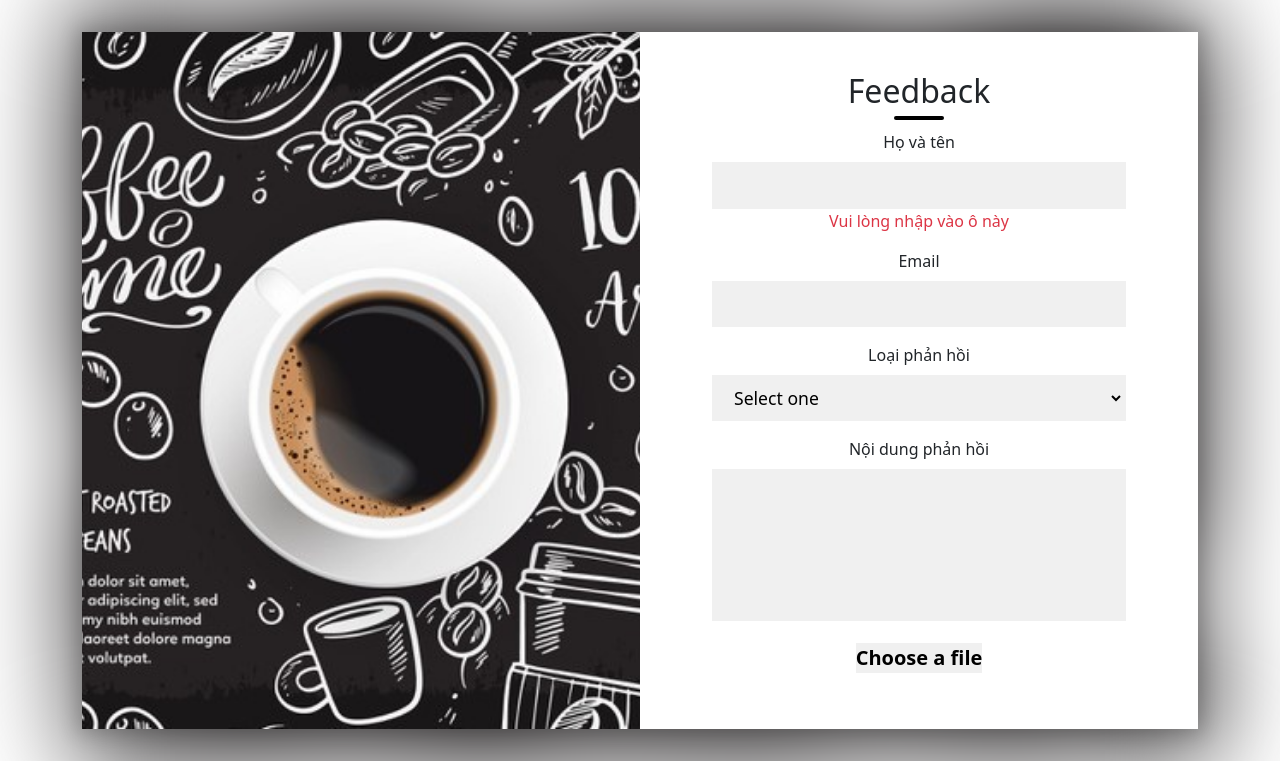
Repository: LeDongGyC/html-css
Page: HTML CSS/prototype/index.html
An editor plug-in stored every save of this project. The page is shown before and after a run of saves, followed by the edit.
The browser window is 1280 px wide. The pictures show the whole page.
The style sheet was rebuilt from its Sass, Less or Tailwind sources for each picture, by a compiler version that may differ from the author's.

Above is the page before, as saved 2023-05-24 10:33:07.

### HTML CSS/prototype/index.html
<!doctype html>
<html lang="en">

<head>
  <title>Title</title>
  <!-- Required meta tags -->
  <meta charset="utf-8">
  <meta name="viewport" content="width=device-width, initial-scale=1, shrink-to-fit=no">
  <link rel="stylesheet" href="style.css">
  <link rel="stylesheet" href="reset.css">
  <!-- <script src="index.js"></script> Bootstrap CSS v5.2.1 -->
  <script>
    var inputs = document.querySelectorAll('.inputfile');
    Array.prototype.forEach.call(inputs, function (input) {
      var label = input.nextElementSibling,
        labelVal = label.innerHTML;
      input.addEventListener('change', function (e) {
        var fileName = '';
        if (this.files && this.files.length > 1)
          fileName = (this.getAttribute('data-multiple-caption') || '').replace('{count}', this.files.length);
        else
          fileName = e.target.value.split('\\').pop();

        if (fileName)
          label.querySelector('span').innerHTML = fileName;
        else
          label.innerHTML = labelVal;
      });
    });
  </script>
  <link href="https://cdn.jsdelivr.net/npm/bootstrap@5.2.1/dist/css/bootstrap.min.css" rel="stylesheet"
    integrity="sha384-iYQeCzEYFbKjA/T2uDLTpkwGzCiq6soy8tYaI1GyVh/UjpbCx/TYkiZhlZB6+fzT" crossorigin="anonymous">

</head>

<body>
  <div class="container">
    <div class="feedback-box">
      <div class="feedback-box_left"></div>
      <div class="feedback-box_right">
        <h2 class="feedback-box_right-title">Feedback</h2>
        <div class="mb-3">
          <label for="name" class="form-label">Họ và tên</label>
          <input type="text" class=" feedback-box_right-item" name="" id="name" aria-describedby="helpId"
            placeholder="">
            <span class="text-danger">Vui lòng nhập vào ô này</span>
        </div>
        <div class="mb-3">
          <label for="email" class="form-label">Email</label>
          <input type="text" class=" feedback-box_right-item" name="" id="email" aria-describedby="helpId"
            placeholder="">
        </div>
        <div class="mb-3">
          <label for="" class="form-label">Loại phản hồi</label>
          <select class="feedback-box_right-item " name="" id="">
            <option selected disabled>Select one</option>
            <option value="" class="feedback-box_right-item-selected">Option 1</option>
            <option value="" class="feedback-box_right-item-selected">Option 2</option>
            <option value="" class="feedback-box_right-item-selected">Option 3</option>
          </select>
        </div>
        <div class="mb-3">
          <label for="feedback" class="form-label">Nội dung phản hồi</label>
          <textarea type="" class=" feedback-box_right-item" name="" id="feedback" aria-describedby="helpId"
            placeholder="" rows="5"></textarea>
        </div>
        <div class="mb-3">
          <input type="file" name="file" id="file" class="inputfile" data-multiple-caption="{count} files selected"
            multiple />
          <label for="file">Choose a file</label>
        </div>
      </div>
    </div>
  </div>
  <!-- Bootstrap JavaScript Libraries -->
  <!-- <script src="https://cdn.jsdelivr.net/npm/@popperjs/core@2.11.6/dist/umd/popper.min.js"
    integrity="sha384-oBqDVmMz9ATKxIep9tiCxS/Z9fNfEXiDAYTujMAeBAsjFuCZSmKbSSUnQlmh/jp3" crossorigin="anonymous">
    </script>

  <script src="https://cdn.jsdelivr.net/npm/bootstrap@5.2.1/dist/js/bootstrap.min.js"
    integrity="sha384-7VPbUDkoPSGFnVtYi0QogXtr74QeVeeIs99Qfg5YCF+TidwNdjvaKZX19NZ/e6oz" crossorigin="anonymous">
    </script> -->
</body>

</html>

### HTML CSS/prototype/style.scss
* {
  box-sizing: border-box;
}
html {
  font-size: 62.5%;
}
body {
  font-size: 1.6rem;
  font-family: "Arial", sans-serif;
  font-weight: normal;
  // height: 100vh;
  // width: 100%;
}
.container {
  position: relative;
  width: 80%;
  height: 80%;
  display: flex;
  justify-content: center;
  align-items: center;
  padding: 2rem 10rem;
  &::after {
    position: sticky;
    content: "";
    position: absolute;
    width: 100%;
    height: 100%;
    left: 0;
    top: 0;
    background: url("cafe.jpg") no-repeat center;
    background-size: cover;
    filter: blur(50px);
    z-index: -1;
  }
}
.feedback-box {
  max-width: 85rem;
  // min-width: 70vw;
  display: grid;
  grid-template-columns: repeat(2, 1fr);
  justify-content: center;
  align-items: center;
  text-align: center;
  background-color: #fff;
  box-shadow: 0px 0px 19px 5px rgba(0, 0, 0, 0.19);
  &_left {
    background: url("cafe.jpg") no-repeat center;
    display: block;
    background-size: cover;
    // object-fit: cover;
    height: 100%;
  }
  &_right {
    padding: 2.5rem 4.5rem;
    &-title {
      position: relative;
      padding: 0 0 10px;
      margin-bottom: 10px;
      &::after {
        content: "";
        position: absolute;
        left: 50%;
        bottom: 0;
        transform: translateX(-50%);
        height: 4px;
        width: 50px;
        border-radius: 2px;
        background-color: black;
      }
    }
    &-item {
      width: 100%;
      border: 2px solid rgba(0, 0, 0, 0);
      outline: none;
      background-color: rgba(230, 230, 230, 0.6);
      padding: 0.5rem 1rem;
      font-size: 1.1rem;
      //   margin-bottom: 22px;
      transition: 0.3s;
      &:hover {
        background-color: rgba(0, 0, 0, 0.1);
      }
      &:focus {
        border: 2px solid rgba(30, 85, 250, 0.47);
        background-color: #fff;
      }
      &:last-child {
        resize: none;
      }
    }
  }
}
.inputfile {
	width: 0.1px;
	height: 0.1px;
	opacity: 0;
	overflow: hidden;
	position: absolute;
	z-index: -1;
}
.inputfile + label {
    font-size: 1.25em;
    font-weight: 700;
    color: black;
    background-color: rgba(230, 230, 230, 0.6);
    display: inline-block;
    cursor: pointer;
}

.inputfile:focus + label,
.inputfile + label:hover {
  color: rgba(30, 85, 250, 0.47);
  background-color: rgba(0, 0, 0, 0.1);
}

Loaded but not shown: HTML CSS/prototype/reset.css (common file)

After the next 5 saves:
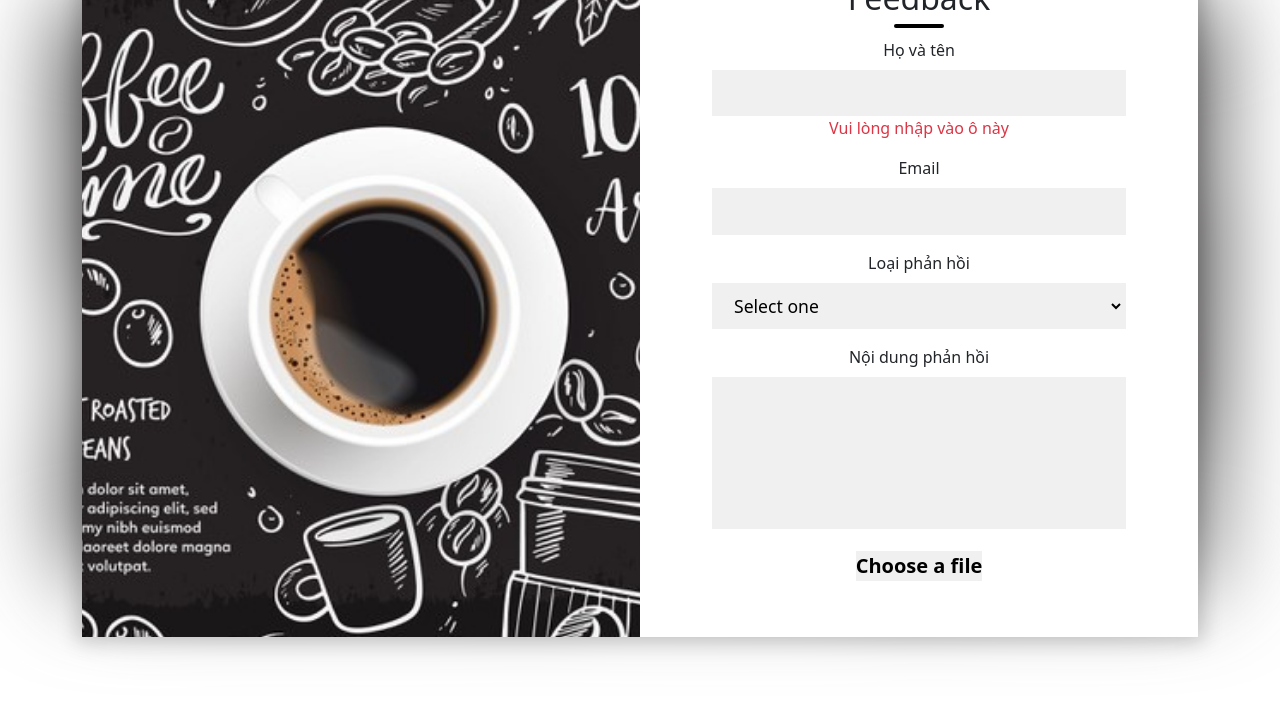
The 5 saves are shown as one change because they came seconds apart.
The last was saved 15 s later.
--- a/HTML CSS/prototype/style.scss
+++ b/HTML CSS/prototype/style.scss
@@ -8,8 +8,8 @@ body {
   font-size: 1.6rem;
   font-family: "Arial", sans-serif;
   font-weight: normal;
-  // height: 100vh;
-  // width: 100%;
+  height: 100vh;
+  width: 100%;
 }
 .container {
   position: relative;
@@ -91,20 +91,20 @@ body {
   }
 }
 .inputfile {
-	width: 0.1px;
-	height: 0.1px;
-	opacity: 0;
-	overflow: hidden;
-	position: absolute;
-	z-index: -1;
+  width: 0.1px;
+  height: 0.1px;
+  opacity: 0;
+  overflow: hidden;
+  position: absolute;
+  z-index: -1;
 }
 .inputfile + label {
-    font-size: 1.25em;
-    font-weight: 700;
-    color: black;
-    background-color: rgba(230, 230, 230, 0.6);
-    display: inline-block;
-    cursor: pointer;
+  font-size: 1.25em;
+  font-weight: 700;
+  color: black;
+  background-color: rgba(230, 230, 230, 0.6);
+  display: inline-block;
+  cursor: pointer;
 }
 
 .inputfile:focus + label,
